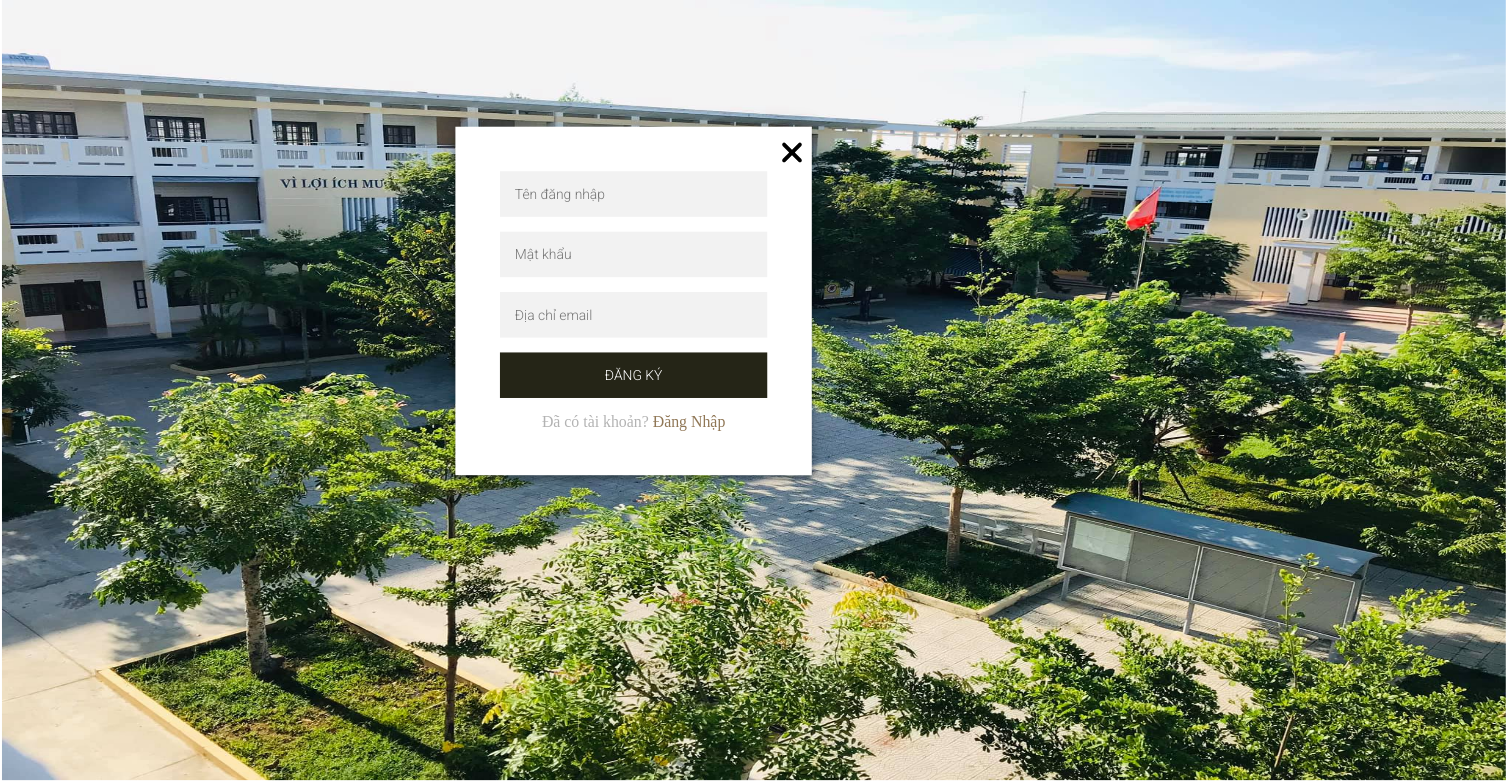
Repository: dphasst17/THPTVCC
Page: login.html
These files come from the project's save history. The page is drawn as it stood at one moment and after the next save; the edit follows.
The browser window is 1280 px wide. The page is 1521 px wide, then 1524 px, so the pictures cover 1524 px, including what lies to the right of the window. The pictures show the whole page, at 99% of full size.
Some web libraries are served in a nearby version.

Above is the page before, as saved 2022-10-02 20:25:34.

### login.html
<!DOCTYPE html>
<html lang="en">
<head>
    <meta charset="UTF-8">
    <meta http-equiv="X-UA-Compatible" content="IE=edge">
    <meta name="viewport" content="width=device-width, initial-scale=1.0">
    <script src="https://ajax.googleapis.com/ajax/libs/jquery/3.2.1/jquery.min.js"></script>
    <script src="login.js"> </script>
    <link href="login.css" rel="stylesheet" type="text/css">

    <title>Document</title>
</head>
<body>
  <div class="background">
    <img src="img/back-login.jpg" alt="">
  </div>
      <div class="login-page">
        <div class="close">
          <a href="index.html">
            <svg xmlns="http://www.w3.org/2000/svg" viewBox="0 0 320 512"><path d="M310.6 150.6c12.5-12.5 12.5-32.8 0-45.3s-32.8-12.5-45.3 0L160 210.7 54.6 105.4c-12.5-12.5-32.8-12.5-45.3 0s-12.5 32.8 0 45.3L114.7 256 9.4 361.4c-12.5 12.5-12.5 32.8 0 45.3s32.8 12.5 45.3 0L160 301.3 265.4 406.6c12.5 12.5 32.8 12.5 45.3 0s12.5-32.8 0-45.3L205.3 256 310.6 150.6z"/></svg>
          </a>
        </div>
          <div class="form">
            <form class="register-form">
              <input id="create-username" type="text" placeholder="Tên đăng nhập"/>
              <input id="create-password" type="text" placeholder="Mật khẩu"/>
              <input id="create-email" type="text" placeholder="Địa chỉ email"/>
              <button name="create-button" type="button" id="create-button">Đăng Ký</button>
              <p class="message">Đã có tài khoản? <a href="#">Đăng Nhập</a></p>
            </form>
            <form class="login-form">
              <input id="login-username" type="text" placeholder="Tên đăng nhập" name="login-username"/>
              <input id="login-password" type="text" placeholder="Mật khẩu" name="login-password"/>
              <button name="login-button" type="button" id="login-button">Đăng Nhập</button>
              <p class="message">Chưa có tài khoản? <a href="#">Đăng ký</a></p>
            </form>
          </div>
        </div>
</body>
</html>

### login.js
// Look at console
$(document).ready(function() {
	var loginUsername;
	var loginPassword;
	var account = [loginUsername, loginPassword];

	$('#login-button').on('click', function() {
		var loginUsernameEntry = $("#login-username").val();
		var loginPasswordEntry = $("#login-password").val();
		if (loginUsernameEntry == account[0] && loginPasswordEntry == account[1]) {
			console.log("Current Username " + account[0]);
			console.log("Current Password " + account[1]);
			console.log("Đăng nhập thành công");
		} else {
			console.log("Attempted Username " + loginUsernameEntry);
			console.log("Attempted Password " + loginPasswordEntry);
			console.log("Đăng nhập thất bại");
		};
	});

	$('#create-button').on('click', function() {
		var createUsernameEntry = $("#create-username").val();
		var createPasswordEntry = $("#create-password").val();
		var createEmailEntry = $("#create-email").val();
    var createUsernameValid = false;
    var createPasswordValid = false;
    var createEmailValid = false;
    var createUsernameObject = $("#create-username");
    var createPasswordObject = $("#create-password");
    var createEmailObject = $("#create-email");
    var validate = /^\s*[a-zA-Z0-9,\s]+\s*$/;
    var validateEmail = /^(([^<>()\[\]\\.,;:\s@"]+(\.[^<>()\[\]\\.,;:\s@"]+)*)|(".+"))@((\[[0-9]{1,3}\.[0-9]{1,3}\.[0-9]{1,3}\.[0-9]{1,3}])|(([a-zA-Z\-0-9]+\.)+[a-zA-Z]{2,}))$/;

    if(!validate.test(createUsernameEntry) || (createUsernameEntry).length == 0) {
      $(createUsernameObject).addClass("error")
      $(createUsernameObject).val("No special characters or spaces.")
    } else {
      createUsernameValid = true;
      var createUsername = $(createUsernameObject).val();
    }

    if(!validate.test(createPasswordEntry) || (createPasswordEntry).length == 0) {
      $(createPasswordObject).addClass("error");
      $(createPasswordObject).val("No special characters or spaces.");
    } else {
      createPasswordValid = true;
      var createPassword = $(createPasswordObject).val();
    }

    if(!validateEmail.test(createEmailEntry)) {
      $(createEmailObject).addClass("error");
      $(createEmailObject).val("Enter a valid email");
    } else {
      createEmailValid = true;
      console.log("Account Email " + createEmailObject.val())
    }

    $(createUsernameObject).on('click', function () {
      $(this).val("");
      $(this).removeClass("error");
    });

    $(createPasswordObject).on('click', function () {
      $(this).val("");
      $(this).removeClass("error");
    });

    $(createEmailObject).on('click', function () {
      $(this).val("");
      $(this).removeClass("error");
    });

		account = [createUsername, createPassword];
		console.log("Account Username " + account[0]);
		console.log("Account Password " + account[1]);

		if(createUsernameValid == true && createPasswordValid == true && createEmailValid == true) {
      $('form').animate({
			height: "toggle",
			opacity: "toggle"
		}, "fast");
    }
	});

	$('.message a').on('click', function() {
		$('form').animate({
			height: "toggle",
			opacity: "toggle"
		}, "fast");
	});
});

### login.css
@import url(https://fonts.googleapis.com/css?family=Roboto:300);
/* Look at console */
body{
  background-color:transparent;
  margin:0 0;
  padding:0;
}
.background{
  position:absolute
}
.background img{
  width:1519px;
  height:788px;
  margin-left:2px;
}
.close{
  width:20px;
  margin: 10px 330px;
  position: absolute;
  z-index: 10;
}
.login-page {
  width: 360px;
  padding: 10% 0 0;
  margin: auto;
}
.form {
  animation-name: launch;
  animation-duration: 4s;
  position: relative;
  z-index: 1;
  background: #FFFFFF;
  max-width: 360px;
  margin: 0 auto 100px;
  padding: 45px;
  text-align: center;
  box-shadow: 0 0 20px 0 rgba(0, 0, 0, 0.2), 0 5px 5px 0 rgba(0, 0, 0, 0.24);
}
.form input {
  font-family: "Roboto", sans-serif;
  outline: 0;
  background: #f2f2f2;
  width: 100%;
  border: 0;
  margin: 0 0 15px;
  padding: 15px;
  box-sizing: border-box;
  font-size: 14px;
}
.form button {
  font-family: "Roboto", sans-serif;
  text-transform: uppercase;
  outline: 0;
  background: #252517;
  width: 100%;
  border: 0;
  padding: 15px;
  color: #FFFFFF;
  font-size: 14px;
  -webkit-transition: all 0.3 ease;
  transition: all 0.3 ease;
  cursor: pointer;
}
.form button:hover,.form button:active,.form button:focus {
  background: #252517;
}
.form .message {
  margin: 15px 0 0;
  color: #b3b3b3;
  font-size: 16px;
}
.form .message a {
  color: rgb(144, 119, 86);
  text-decoration: none;
}
.form .login-form {
  display: none;
}
.container {
  position: relative;
  z-index: 1;
  max-width: 300px;
  margin: 0 auto;
}
.container:before, .container:after {
  content: "";
  display: block;
  clear: both;
}
.container .info {
  margin: 50px auto;
  text-align: center;
}
.container .info h1 {
  margin: 0 0 15px;
  padding: 0;
  font-size: 36px;
  font-weight: 300;
  color: #1a1a1a;
}
.container .info span {
  color: #4d4d4d;
  font-size: 12px;
}
.container .info span a {
  color: #000000;
  text-decoration: none;
}
.container .info span .fa {
  color: #FF7F50;
}


@media only screen and (max-width: 400px) {
  .login-page {
    width: 100%;
    height: 100%;
  }
}

#create-username.error {
  color: red;
}

#create-password.error {
  color: red;
}

#create-email.error {
  color: red;
}

After the next save:
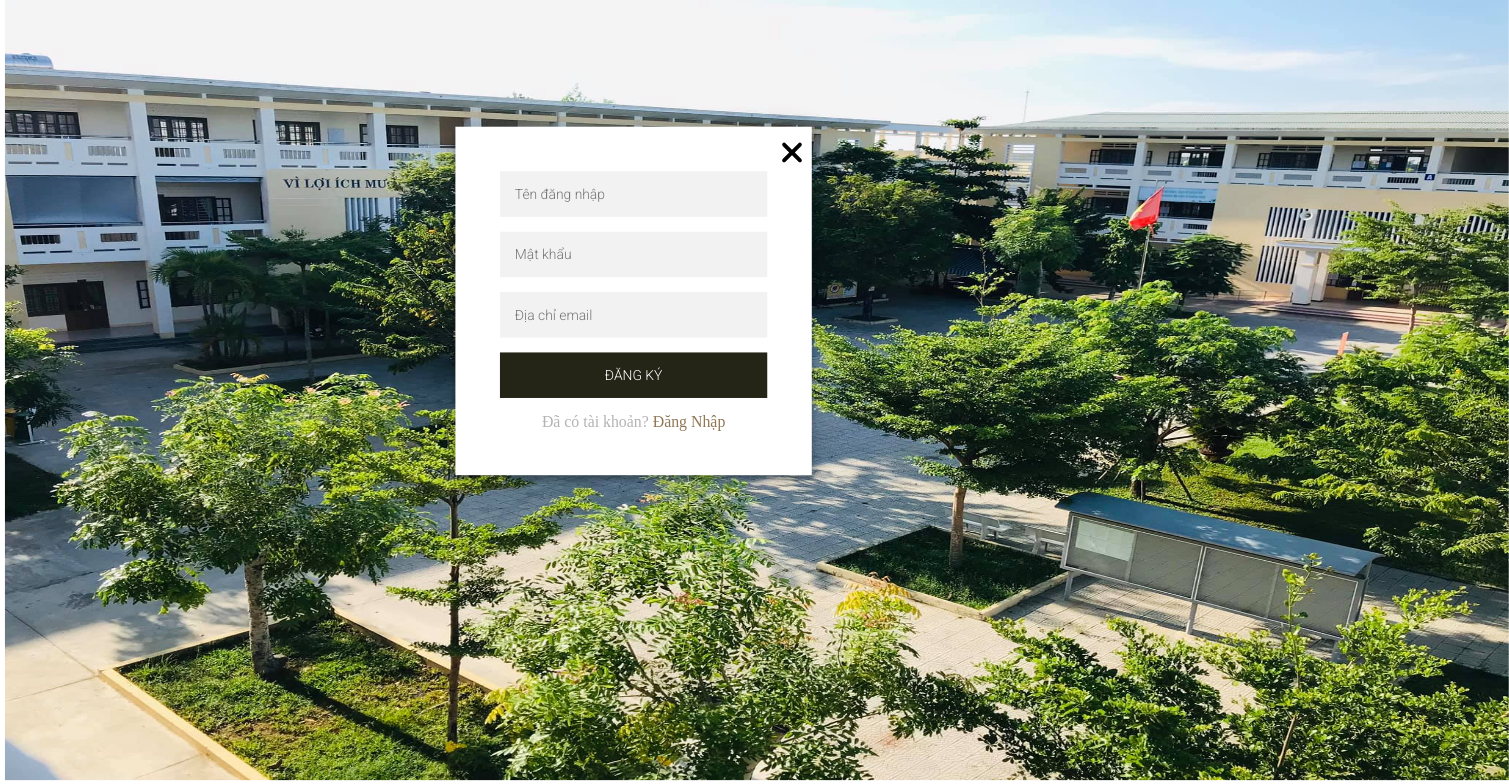
Saved 25 s later.
--- a/login.css
+++ b/login.css
@@ -11,7 +11,7 @@ body{
 .background img{
   width:1519px;
   height:788px;
-  margin-left:2px;
+  margin-left:5px;
 }
 .close{
   width:20px;
